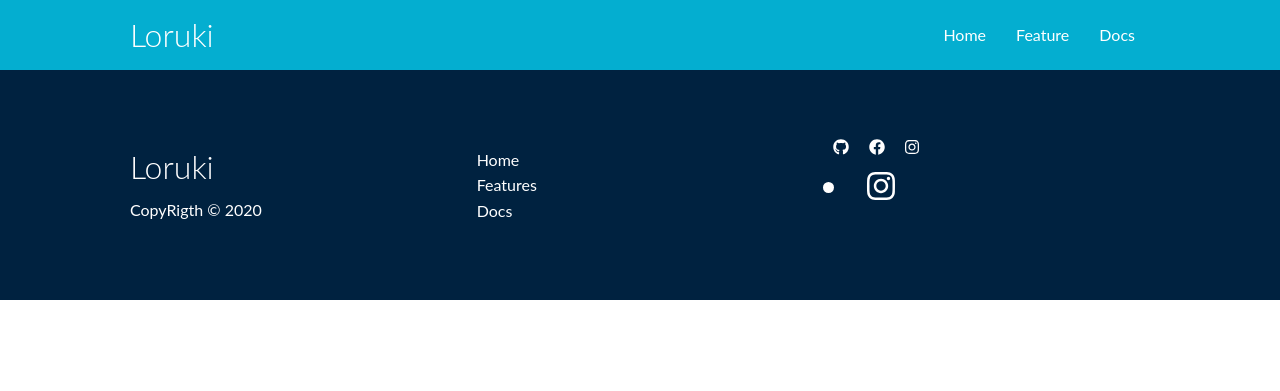
Repository: MosiurRrahman/loruki-app-reactjs
Page: /
An editor plug-in stored every save of this project. The page is shown before and after the next save, followed by the edit.
The browser window is 1280 px wide. The pictures show the whole page.
The project was rebuilt for these pictures with package versions that can differ from the ones it lists, and the page was loaded fresh each time.

Above is the page before, as saved 2021-10-05 12:24:24.

### src/index.js
import React from 'react';
import ReactDOM from 'react-dom';
import Layout from './components/app';
import './index.css';
// import './utilities';






class Root extends React.Component{
  render(){
    return(
      <Layout></Layout>
    );
  }
}




ReactDOM.render(
  <React.StrictMode>
    <Root />
  </React.StrictMode>,
  document.getElementById('root')
);

### src/components/app.jsx
import { Component } from "react";
import Footer from "./common/Footer";
import Header from "./common/Header";

class Layout extends Component {
  render() {
    return (
      <>
        <Header />
        <Footer />
      </>
    );
  }
}
export default Layout;

### src/index.css
/* all css imported */

@import url("./assets/css/main");
@import url("./assets/css/utilities");

### src/components/common/Footer.jsx
import {
  faFacebook,
  faGithub,
  faInstagram,
} from "@fortawesome/free-brands-svg-icons";
import { FontAwesomeIcon } from "@fortawesome/react-fontawesome";
import { Component } from "react";

class Footer extends Component {
  render() {
    return (
      <>
        <footer className="footer bg-dark py-5">
          <div className="container grid grid-3">
            <div>
              <h1>Loruki</h1>
              <p>CopyRigth &copy; 2020</p>
            </div>
            <nav>
              <ul>
                <li>
                  <a href="index.html">Home</a>
                </li>
                <li>
                  <a href="feature.html">Features</a>
                </li>
                <li>
                  <a href="docs.html">Docs</a>
                </li>
              </ul>
            </nav>
            <div className="social">
              <a href="#">
                <FontAwesomeIcon icon={faGithub} />
              </a>
              <a href="#">
                <FontAwesomeIcon icon={faFacebook} />
              </a>
              <a href="#">
                <FontAwesomeIcon icon={faInstagram} />
              </a>
              <a href="#">
                <li className="fab fa-linkedin fa-2x">
                  <FontAwesomeIcon icon={faInstagram} />
                </li>
              </a>
            </div>
          </div>
        </footer>
      </>
    );
  }
}
export default Footer;

### src/components/common/Header.jsx
import { Component } from "react";

class Header extends Component {
  render() {
    return (
      <>
        <div className="navbar">
          <div className="container flex">
            <h1 className="logo">Loruki</h1>
            <nav>
              <ul>
                <li>
                  <a href="index.html">Home</a>
                </li>
                <li>
                  <a href="feature.html">Feature</a>
                </li>
                <li>
                  <a href="docs.html">Docs</a>
                </li>
              </ul>
            </nav>
          </div>
        </div>
      </>
    );
  }
}
export default Header;

### src/assets/css/main.css
:root {
  --primary-color: #04aed0;
  --secondry-color: #04a1c0;
  --dark-color: #002240;
  --light-color: #f4f4ff;
  --success-color: #5cb85c;
  --error-color: #d9534f;
}

* {
  box-sizing: border-box;
  margin: 0;
  padding: 0;
}

body {
  font-family: "lato", sans-serif;
  color: #333333;
  line-height: 1.6;
}

ul {
  list-style-type: none;
}

a {
  text-decoration: none;
  color: #333333;
}

h1,
h2 {
  font-weight: 300;
  line-height: 1.2;
  margin: 10px 0;
}

p {
  margin: 10px 0;
}

img {
  width: 100%;
}

code,
pre {
  background: #333;
  color: #fff;
  padding: 10px;
}

.hidden {
  visibility: hidden;
  height: 0;
}

/* === navbar style === */

.navbar {
  background-color: var(--primary-color);
  color: #ffffff;
  height: 70px;
}

.navbar .flex {
  justify-content: space-between;
}

.navbar ul {
  display: flex;
}

.navbar ul a {
  padding: 10px;
  margin: 0 5px;
  color: #fff;
  transition: 0.3s;
}

.navbar ul a:hover {
  border-bottom: 2px solid #fff;
}

/* === Showcase style === */

.showcase {
  height: 400px;
  background-color: var(--primary-color);
  color: #fff;
  position: relative;
}

.showcase h1 {
  font-size: 40px;
}

.showcase p {
  margin: 20px 0;
}

.showcase .grid {
  overflow: visible;
  grid-template-columns: 55% 45%;
  gap: 30px;
}

body {
  overflow-x: hidden;
}

.showcase-form {
  position: relative;
  top: 60px;
  height: 350px;
  max-width: 400px;
  padding: 40px;
  z-index: 100;
  animation: slideInFromRight 1s ease-in;
}

.showcase-text {
  animation: slideInFromLeft 1s ease-in;
}

.showcase .form-control {
  margin: 30px 0;
}

.showcase input[type="text"],
.showcase input[type="email"] {
  border: 0;
  border-bottom: 1px solid #b4becb;
  width: 100%;
  padding: 3px;
  font-size: 16px;
}

.showcase-form input:focus {
  outline: none;
}

.showcase::before,
.showcase::after {
  content: "";
  position: absolute;
  height: 100px;
  background: #fff;
  left: 0;
  bottom: -60px;
  right: 0;
  transform: skewY(-3deg);
  --webkit-transform: skewY(-3deg);
  --moz-transform: skewY(-3deg);
  --ms-transform: skewY(-3deg);
}

/* ===stats=== */

.stats {
  padding-top: 100px;
  animation: slideInFromBottom 1s ease-in;
}

.stats-heading {
  max-width: 500px;
  margin: auto;
}

.stats .grid h3 {
  font-size: 35px;
}

.stats .grid p {
  font-size: 20px;
  font-weight: bold;
}

/* cli */

.cli .grid {
  grid-template-columns: repeat(3, 1fr);
  grid-template-rows: repeat(2, 1fr);
}

.cli .grid > *:first-child {
  grid-column: 1 / span 2;
  grid-row: 1 / span 2;
}

/* Cloud */

.cloud .grid {
  grid-template-columns: repeat(4fr, 1fr);
}

/* languages */

.languages .flex {
  flex-wrap: wrap;
}

.languages .card {
  text-align: center;
  margin: 18px 10px 40px;
  transition: 0.3s;
}

.languages .card:hover {
  transform: translateY(-15px);
  color: var(--primary-color);
}

.languages .card h4 {
  font-size: 20px;
  margin-bottom: 10px;
}

/* Feature section */

.freatures-head img,
.docs-head img {
  width: 200px;
  justify-self: center;
}

.freatures-sub-head img {
  width: 300px;
  justify-self: flex-end;
}

/* feature main */

.freatures-main .card > i {
  margin-right: 20px;
}

.freatures-main .grid {
  padding: 30px;
}

.freatures-main .grid > *:first-child {
  grid-column: 1 / span 3;
}

.freatures-main .grid > *:nth-child(2) {
  grid-column: 1 / span 2;
}

.freatures-main .grid > *:nth-child(2) {
  justify-content: start;
}

/* dosc */

.docs-main h3 {
  margin: 20px 0;
}

.docs-main .grid {
  grid-template-columns: 1fr 2fr;
  align-items: flex-start;
}

.docs-main nav li {
  font-size: 20px;
  padding-bottom: 5px;
  margin-bottom: 5px;
  border-bottom: 1px solid #ccc;
}

.docs-main nav a:hover {
  color: var(--primary-color);
  font-weight: bold;
}

/* Footer */

.footer .social a {
  margin: 0 10px;
}

.footer .social a li {
  transition: 0.3s;
}

.footer .social a li:hover {
  transform: translateY(-5px);
  color: var(--primary-color);
}

/* Animation */

@keyframes slideInFromLeft {
  0% {
    transform: translateX(-100%);
  }
  100% {
    transform: translateX(0);
  }
}

@keyframes slideInFromRight {
  0% {
    transform: translateX(70%);
  }
  100% {
    transform: translateX(0);
  }
}

@keyframes slideInFromTop {
  0% {
    transform: translateY(-100%);
  }
  100% {
    transform: translateX(0);
  }
}

@keyframes slideInFromBottom {
  0% {
    transform: translateY(100%);
  }
  100% {
    transform: translateX(0);
  }
}

/* ===responsive css ===*/

/* Tablets and under */

@media (max-width: 768px) {
  .grid,
  .showcase .grid,
  .stats .grid,
  .cli .grid,
  .cloud .grid,
  .freature-main .grid,
  .docs-main .grid {
    grid-template-columns: 1fr;
    grid-template-rows: 1fr;
  }
  .showcase {
    height: auto;
  }
  .showcase-text {
    text-align: center;
    margin-top: 40px;
    animation: slideInFromTop 1s ease-in;
  }
  .showcase-form {
    justify-self: center;
    margin: auto;
    animation: slideInFromBottom 1s ease-in;
  }
  .cli .grid > *:first-child {
    grid-column: 1;
    grid-row: 1;
  }
  .freatures-head,
  .freatures-sub-head,
  .docs-head {
    text-align: center;
  }
  .freatures-head img,
  .freatures-sub-head img,
  .docs-head img {
    justify-self: center;
  }
  .freatures-main .grid > *:first-child,
  .freatures-main .grid > *:nth-child(2) {
    grid-column: 1;
  }
}

/* Mobile */

@media (max-width: 500px) {
  .navbar {
    height: 110px;
  }
  .navbar .flex {
    flex-direction: column;
  }
  .navbar ul {
    padding: 10px;
    background: rgba(0, 0, 0, 0.1);
  }
}

/* ===responsive css end ===*/

### src/assets/css/utilities.css
/* === utlities === */

.container {
  max-width: 1100px;
  margin: 0 auto;
  overflow: auto;
  padding: 0 40px;
}

.card {
  background-color: #fff;
  color: #333;
  border-radius: 10px;
  box-shadow: 0 3px 10px rgba(0, 0, 0, 0.2);
  padding: 20px;
  margin: 10px;
}

.card p {
  padding-left: 20px;
}

.btn {
  display: inline-block;
  padding: 10px 30px;
  cursor: pointer;
  background: var(--primary-color);
  color: #fff;
  border: none;
  border-radius: 5px;
  transition: 0.3s;
}

.btn-outline {
  background-color: transparent;
  border: 1px solid #ffffff;
}

.btn:hover {
  transform: translate(5px);
}

/* background and colored buttons */

.btn-primary,
.bg-primary {
  background-color: var(--primary-color);
  color: #ffffff;
}

.btn-secondry,
.bg-secondry {
  background-color: var(--secondry-color);
  color: #ffffff;
}

.btn-dark,
.bg-dark {
  background-color: var(--dark-color);
  color: #ffffff;
}

.btn-light,
.bg-light {
  background-color: var(--light-color);
  color: #333;
}

.btn-primary a,
.bg-primary a,
.btn-secondry a,
.bg-secondry a,
.btn-dark a,
.bg-dark a {
  color: #fff;
}

/* text sizes */

.lead {
  font-size: 20px;
}

.sm {
  font-size: 1rem;
}

.md {
  font-size: 2rem;
}

.lg {
  font-size: 3rem;
}

.xl {
  font-size: 4rem;
}

.text-center {
  text-align: center;
}

.flex {
  display: flex;
  justify-items: center;
  align-items: center;
  height: 100%;
}

.grid {
  display: grid;
  grid-template-columns: repeat(2, 1fr);
  gap: 20px;
  justify-content: center;
  align-items: center;
  height: 100%;
}

.grid-3 {
  grid-template-columns: repeat(3, 1fr);
}

/* alart */

.alert {
  background-color: var(--light-color);
  padding: 10px 20px;
  font-weight: bold;
  margin: 15px 0;
}

.alert i {
  margin-right: 10px;
}

.alert-success {
  background-color: var(--success-color);
  color: #fff;
}

.alert-error {
  background-color: var(--errer-color);
  color: #fff;
}

/* Margin */

.my-1 {
  margin: 1rem 0;
}

.my-2 {
  margin: 1.5rem 0;
}

.my-3 {
  margin: 2rem;
}

.my-4 {
  margin: 3rem 0;
}

.my-5 {
  margin: 4rem 0;
}

.m-1 {
  margin: 1rem;
}

.m-2 {
  margin: 1.5rem;
}

.m-3 {
  margin: 2rem;
}

.m-4 {
  margin: 3rem;
}

.m-5 {
  margin: 4rem;
}

/* padding */

.py-1 {
  padding: 1rem 0;
}

.py-2 {
  padding: 1.5rem 0;
}

.py-3 {
  padding: 2rem;
}

.py-4 {
  padding: 3rem 0;
}

.py-5 {
  padding: 4rem 0;
}

.p-1 {
  padding: 1rem;
}

.p-2 {
  padding: 1.5rem;
}

.p-3 {
  padding: 2rem;
}

.p-4 {
  padding: 3rem;
}

.p-5 {
  padding: 4rem;
}

Loaded but not shown: public/index.html (common file)

After the next save:
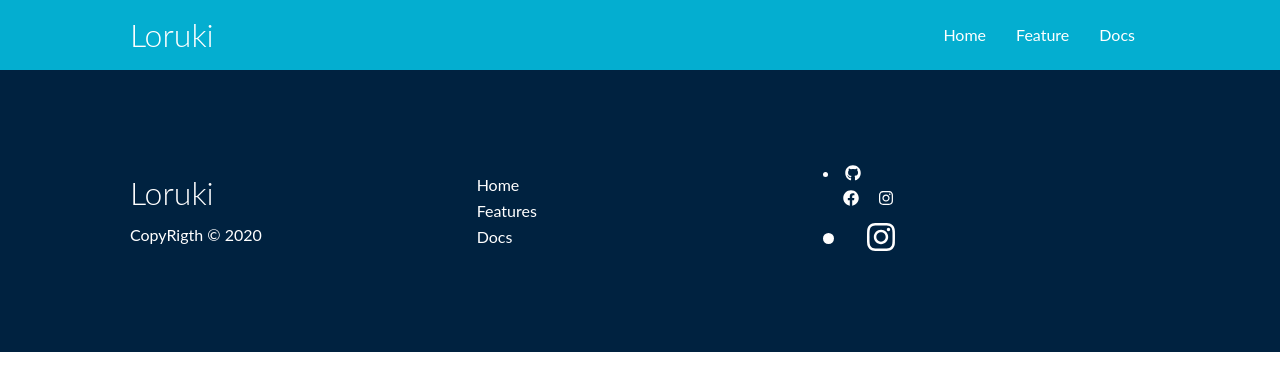
Saved 99 s later.
--- a/src/components/common/Footer.jsx
+++ b/src/components/common/Footer.jsx
@@ -31,7 +31,10 @@ class Footer extends Component {
             </nav>
             <div className="social">
               <a href="#">
-                <FontAwesomeIcon icon={faGithub} />
+                <li>
+                  {" "}
+                  <FontAwesomeIcon icon={faGithub} />
+                </li>
               </a>
               <a href="#">
                 <FontAwesomeIcon icon={faFacebook} />
